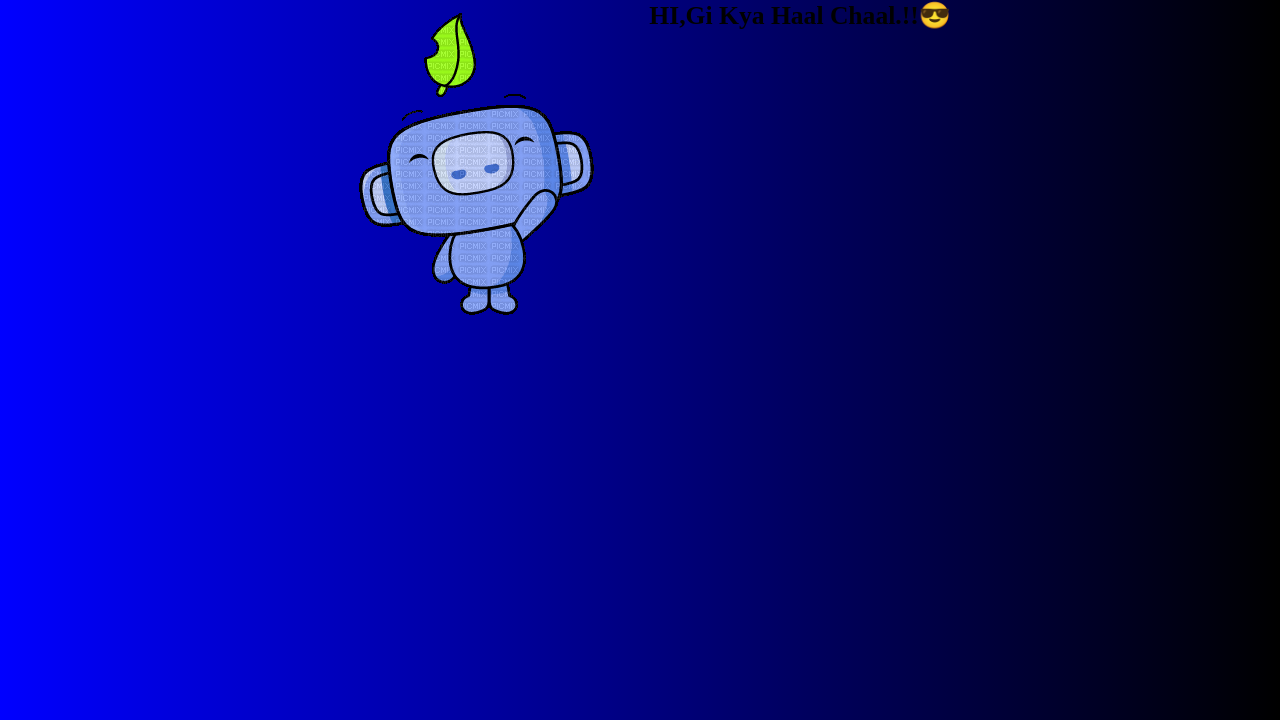
Repository: Deepak-Mane1902/simple-Calculator-using-JSP-Servlet
Page: http://localhost/webProject/
The author's editor kept a copy of each file at every save. The page is drawn from the files as they stood at one save, then again after the next save.
The browser window is 1280 px wide. The pictures show the whole page.
The page is served by Tomcat 9.

Above is the page before, as saved 2024-12-15 06:36:53.

After the next save:
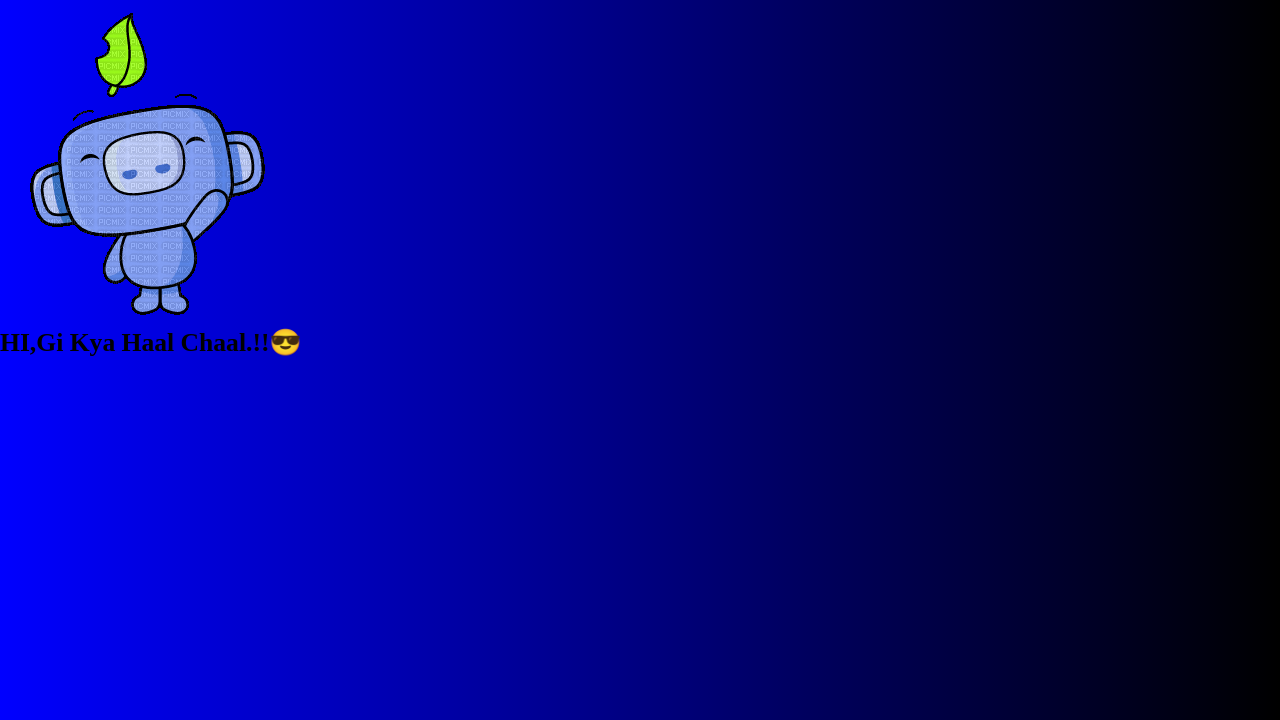
Saved 22 s later.
--- a/webProject/src/main/webapp/style.css
+++ b/webProject/src/main/webapp/style.css
@@ -9,9 +9,7 @@
 		background:linear-gradient(to right, blue,black);
 }
 main{
-	display:flex;
-	align-item:center;
-	justify-content:center;
+
 
 }
 img{
